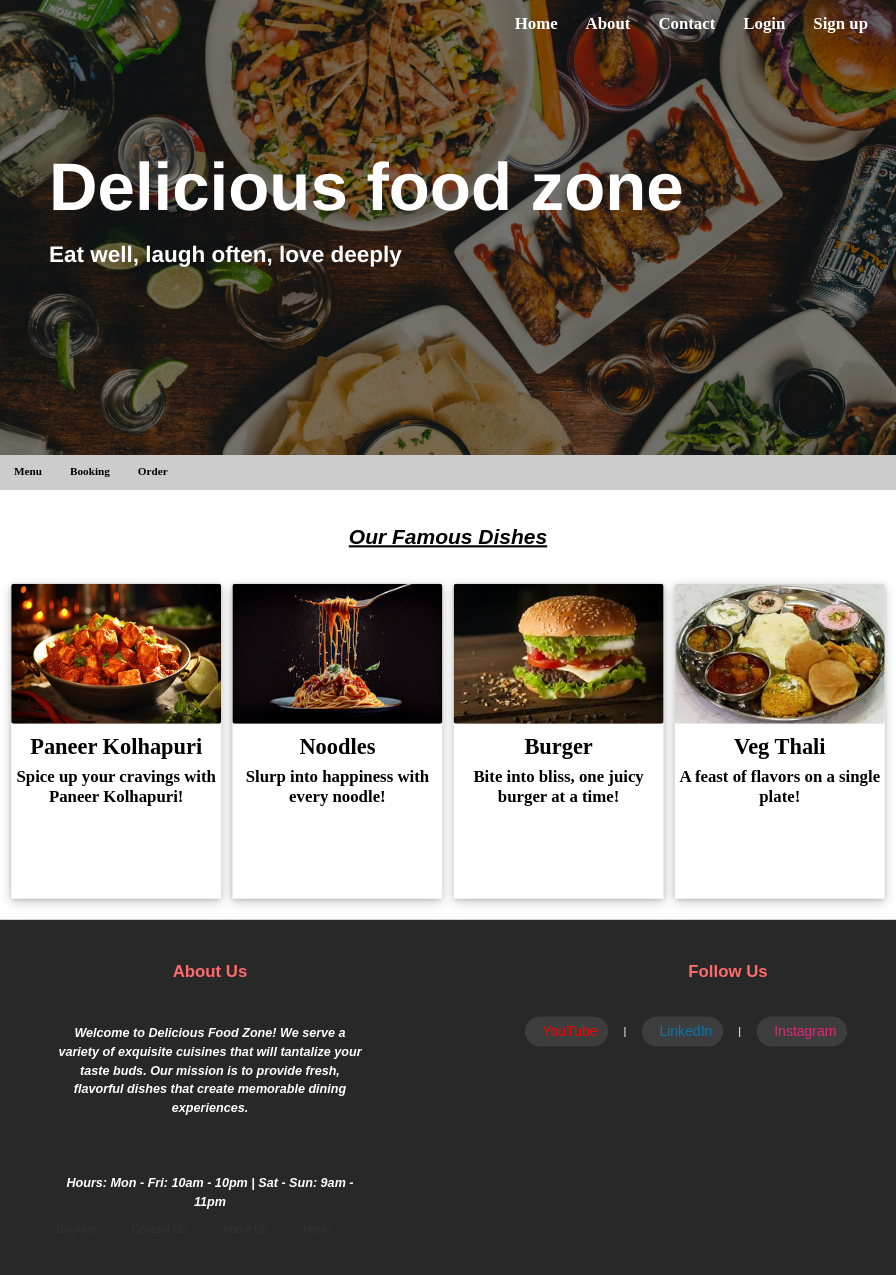
Repository: Shreya-Bonde/Restaurant-management-system
Page: index.html
The author's editor kept a copy of each file at every save. The page is drawn from the files as they stood at one save, then again after a run of saves.
The browser window is 1280 px wide. The pictures show the whole page, at 70% of full size.

Above is the page before, as saved 2024-10-17 19:06:47.

After the next 2 saves:
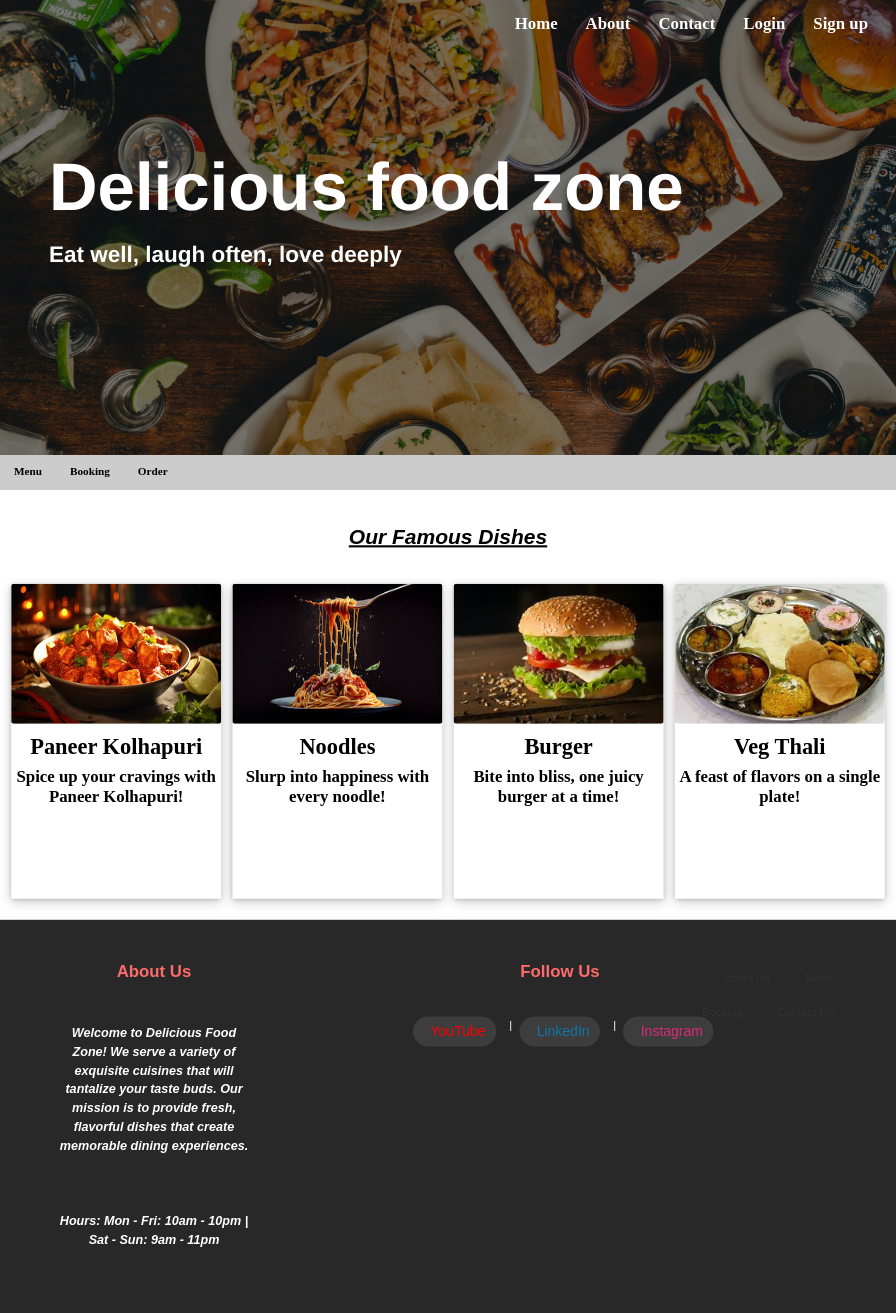
The 2 saves are shown as one change because they came seconds apart.
The last was saved 38 s later.
--- a/style.css
+++ b/style.css
@@ -178,13 +178,6 @@ footer {
 .footer-links a:hover {
     color: #fff;
 }
-.footer-links {
-    position: absolute;
-    bottom: 0;
-    left: 0;
-    margin-top: 0px; /* Add some space above the links */
-    padding-left: 20px;
-}
 .footer-links a {
     display: inline-block;
     margin-right: 10px; /* Spacing between the links */

After the save that followed:
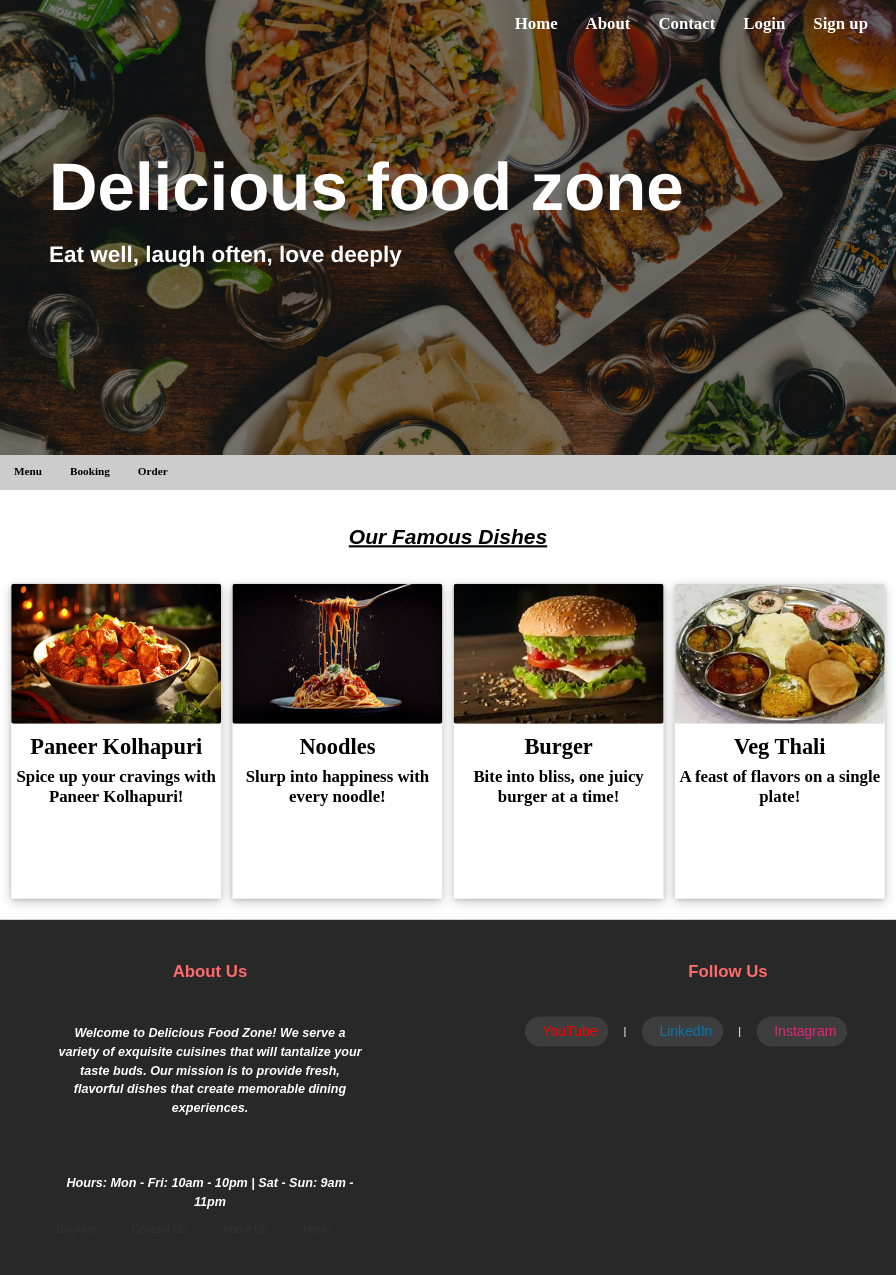
Saved 5 s later.
--- a/style.css
+++ b/style.css
@@ -160,7 +160,13 @@ footer {
     font-size: 18px;
     margin: 0;
 }
-
+.footer-links {
+    position: absolute;
+    bottom: 0;
+    left: 0;
+    margin-top: 0px; /* Add some space above the links */
+    padding-left: 20px;
+}
 
 .footer-links a {
     display: inline-block;
